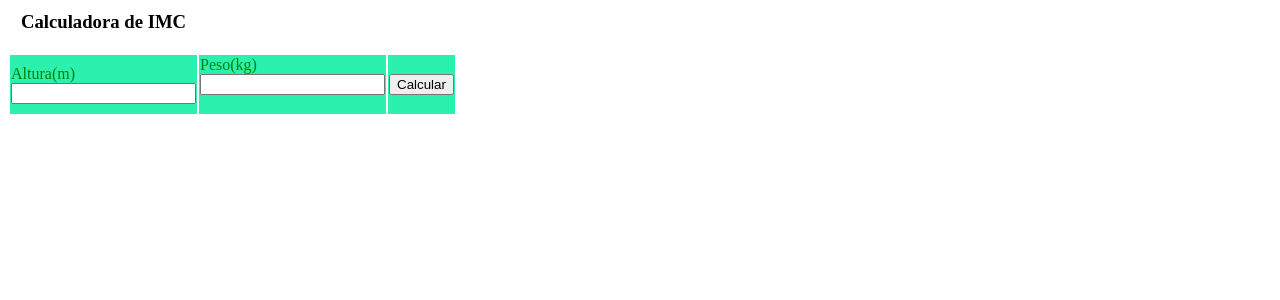
Repository: Patriciamativi/Projetos
Page: index.html
An editor plug-in stored every save of this project. The page is shown before and after the next save, followed by the edit.
The browser window is 1280 px wide. The pictures show the whole page.

Above is the page before, as saved 2022-11-21 14:25:04.

After the next save:
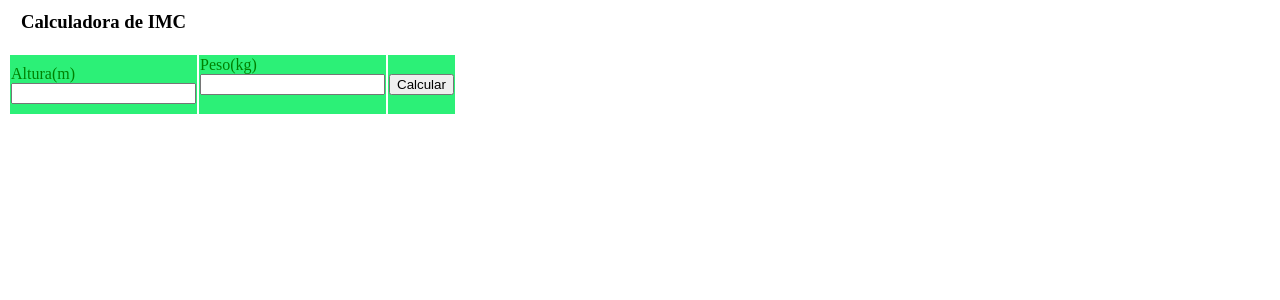
Saved 4 s later.
--- a/index.html
+++ b/index.html
@@ -9,7 +9,7 @@
             }
             td {
                 color: green;
-                background-color: rgb(44, 240, 174);
+                background-color: rgb(44, 240, 119);
             }
         </style>
     </head>
